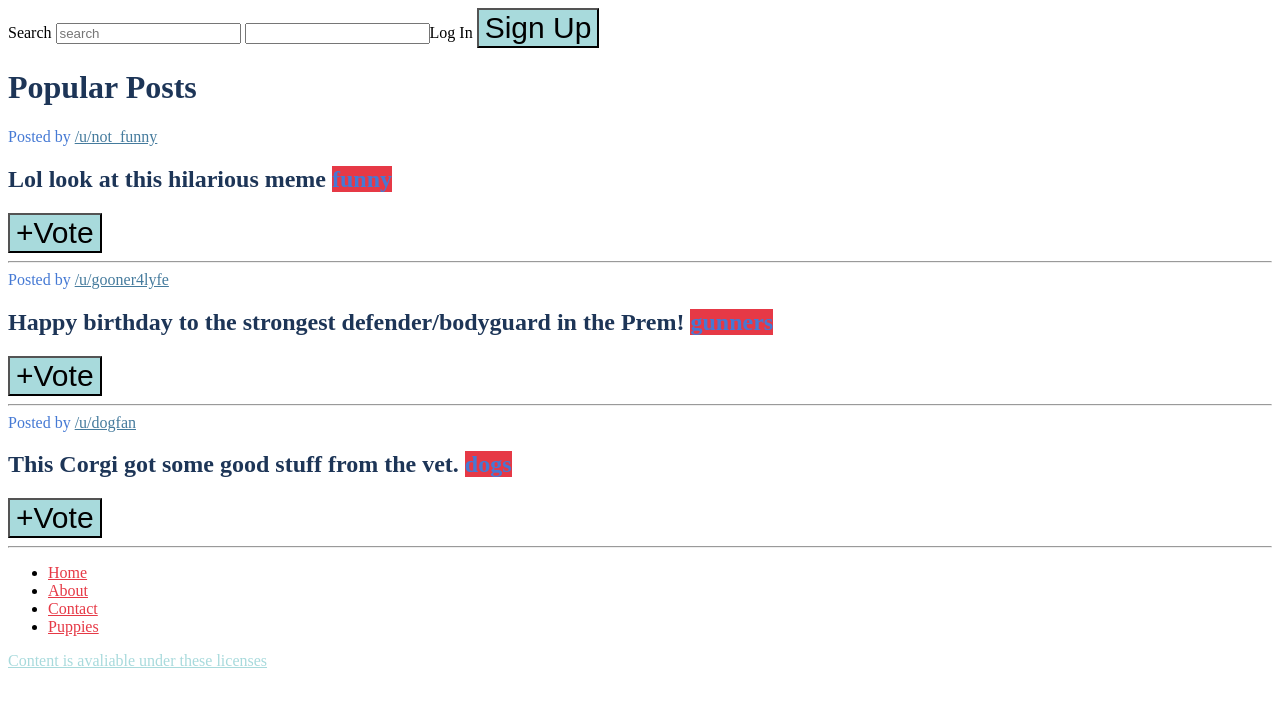
Repository: zhFIsHappy/UdemyFullStack
Page: starter.html
The author's editor kept a copy of each file at every save. The page is drawn from the files as they stood at one save, then again after a run of saves.
The browser window is 1280 px wide. The pictures show the whole page.

Above is the page before, as saved 2022-03-21 13:30:59.

After the next 3 saves:
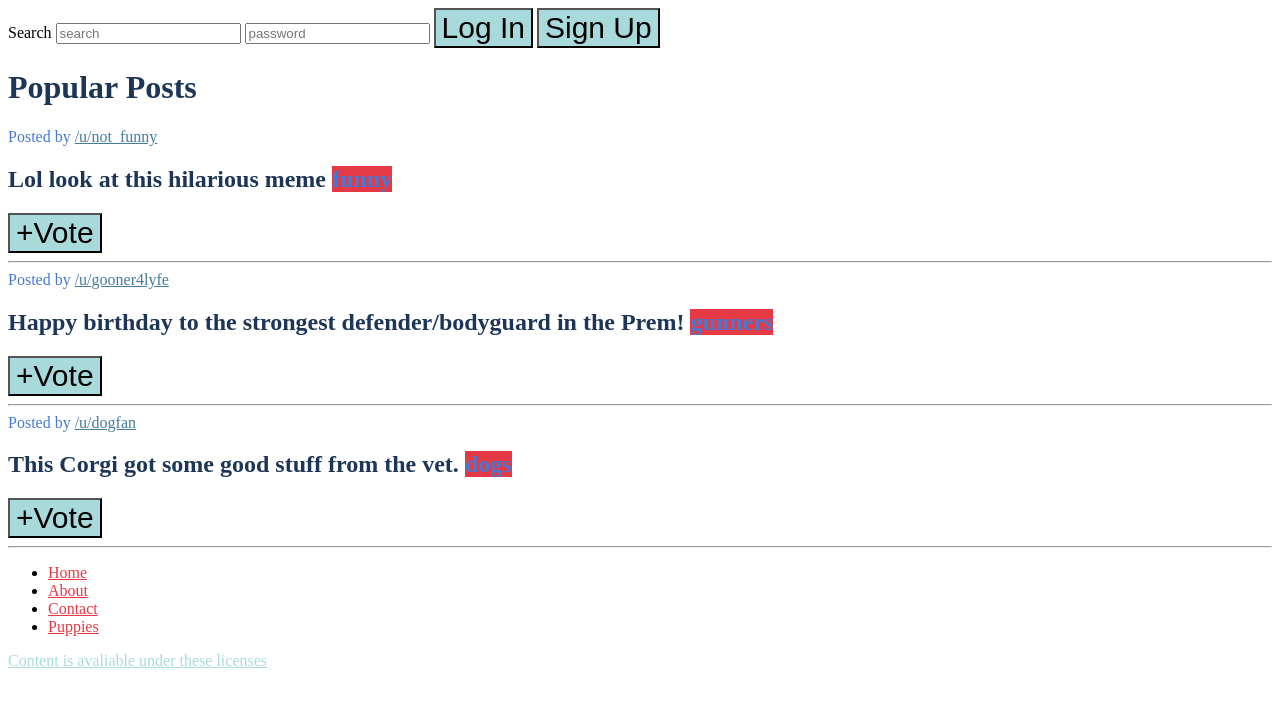
The 3 saves are shown as one change because they came seconds apart.
The last was saved 22 s later.
--- a/starter.html
+++ b/starter.html
@@ -12,7 +12,7 @@
     <nav>
         <label for="search">Search</label>
         <input type="text" placeholder="search" id="search">
-        <input type = "password"
+        <input type="password" placeholder="password">
         <button>Log In</button>
         <button i="signup">Sign Up</button>
     </nav>
